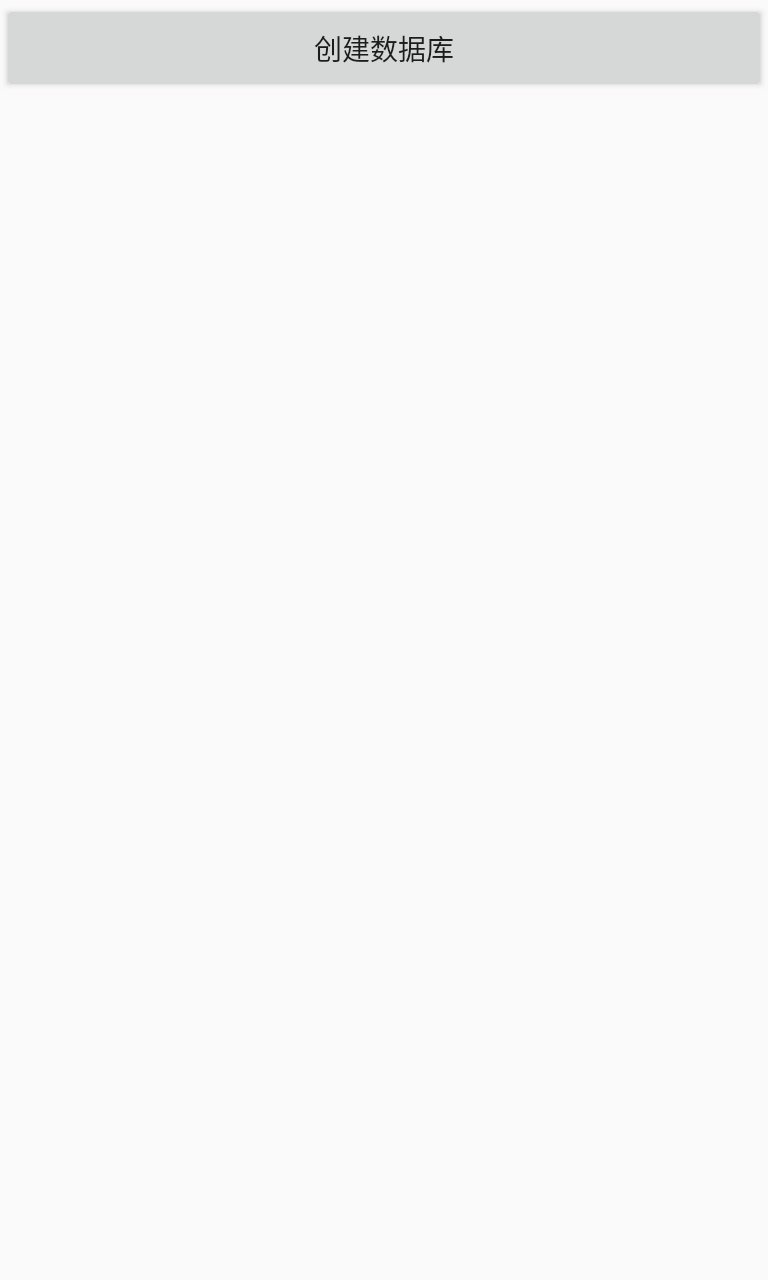
Repository: leondott/ruijie
Layout: Rush/res/layout/act_using_database.xml
An editor plug-in stored every save of this project. The layout is shown before and after the next save, followed by the edit.
It is drawn on a 768 x 1280 px phone screen (xhdpi) without system bars, with theme AppTheme; the app's code is not run.

Above is the layout before, as saved 2014-08-24 03:00:45.

### Rush/res/layout/act_using_database.xml
<?xml version="1.0" encoding="utf-8"?>
<LinearLayout xmlns:android="http://schemas.android.com/apk/res/android"
    android:layout_width="match_parent"
    android:layout_height="match_parent"
    android:orientation="vertical" >

    <Button
        android:id="@+id/btn_create"
        android:text="创建数据库"
        android:layout_width="fill_parent"
        android:layout_height="wrap_content" />

</LinearLayout>

### Rush/res/values/styles.xml
<resources>

    <!--
        Base application theme, dependent on API level. This theme is replaced
        by AppBaseTheme from res/values-vXX/styles.xml on newer devices.

    -->
    <style name="AppBaseTheme" parent="Theme.AppCompat.Light">
        <!--
            Theme customizations available in newer API levels can go in
            res/values-vXX/styles.xml, while customizations related to
            backward-compatibility can go here.

        -->
    </style>

    <!-- Application theme. -->
    <style name="AppTheme" parent="AppBaseTheme">
        <!-- All customizations that are NOT specific to a particular API-level can go here. -->
    </style>

    <style name="normal_layout">
        <item name="android:layout_width">fill_parent</item>
        <item name="android:layout_height">wrap_content</item>
    </style>

</resources>

Loaded but not shown: Rush/res/values-v11/styles.xml (common file); Rush/res/values-v14/styles.xml (common file)

After the next save:
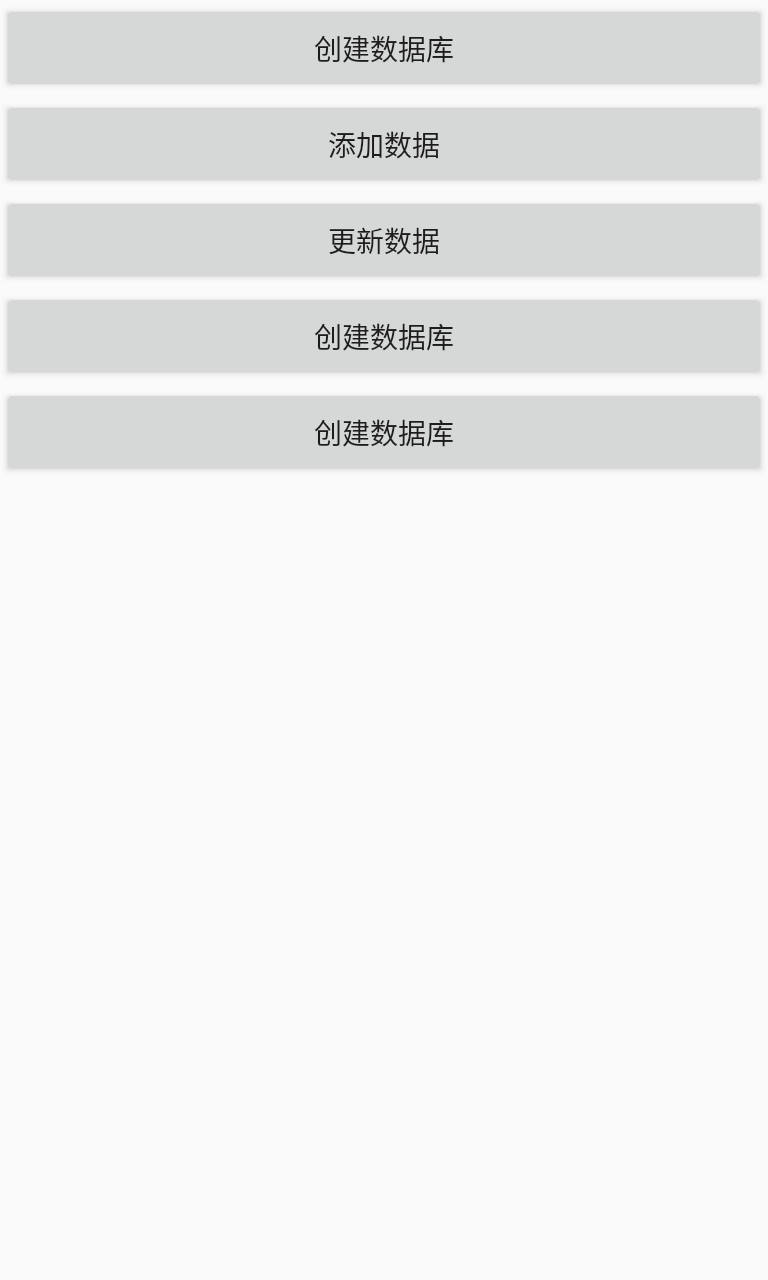
Saved 30 s later.
--- a/Rush/res/layout/act_using_database.xml
+++ b/Rush/res/layout/act_using_database.xml
@@ -6,8 +6,32 @@
 
     <Button
         android:id="@+id/btn_create"
-        android:text="创建数据库"
         android:layout_width="fill_parent"
-        android:layout_height="wrap_content" />
+        android:layout_height="wrap_content"
+        android:text="创建数据库" />
+
+     <Button
+        android:id="@+id/btn_add"
+        android:layout_width="fill_parent"
+        android:layout_height="wrap_content"
+        android:text="添加数据" />
+
+      <Button
+        android:id="@+id/btn_update"
+        android:layout_width="fill_parent"
+        android:layout_height="wrap_content"
+        android:text="更新数据" />
+
+       <Button
+        android:id="@+id/btn_create"
+        android:layout_width="fill_parent"
+        android:layout_height="wrap_content"
+        android:text="创建数据库" />
+
+        <Button
+        android:id="@+id/btn_create"
+        android:layout_width="fill_parent"
+        android:layout_height="wrap_content"
+        android:text="创建数据库" />
 
 </LinearLayout>
